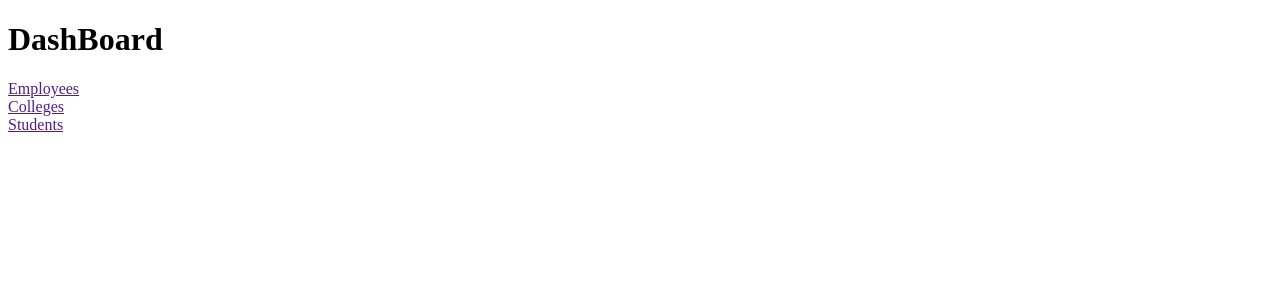
Repository: biswajit-pradhan/springboot
Page: http://localhost/MySpringApp/
These files come from the project's save history. The page is drawn as it stood at one moment and after the next save; the edit follows.
The browser window is 1280 px wide. The pictures show the whole page.
The page is served by Tomcat 9. Other server files are loaded and not shown.

Above is the page before, as saved 2023-01-11 11:15:12.

### MySpringApp/WebContent/WEB-INF/jsps/dashboard.jsp
<%@ page language="java" contentType="text/html; charset=ISO-8859-1"
    pageEncoding="ISO-8859-1"%>
<!DOCTYPE html>
<html>
<head>
<meta charset="ISO-8859-1">
<title>MyApp-DashBoard</title>
</head>
<body>
<h1>DashBoard</h1>
<div>
<a href="">Employees</a><br>
<a href="">Colleges</a><br>
<a href="">Students</a>
</div>
</body>
</html>

After the next save:
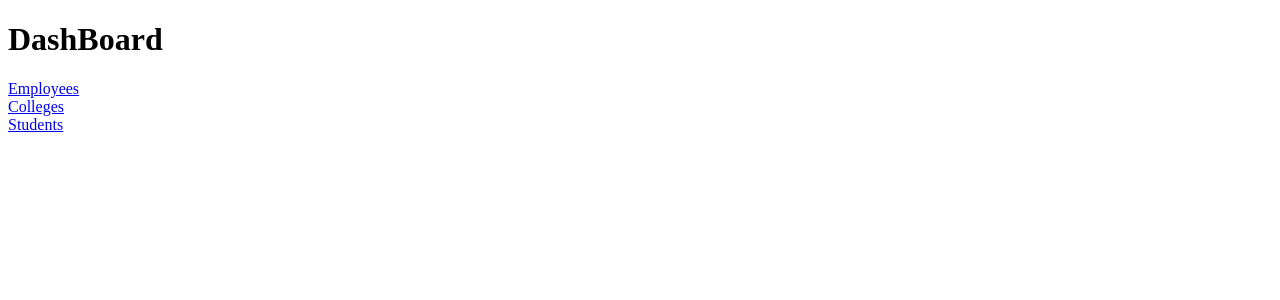
Saved 30 s later.
--- a/MySpringApp/WebContent/WEB-INF/jsps/dashboard.jsp
+++ b/MySpringApp/WebContent/WEB-INF/jsps/dashboard.jsp
@@ -9,9 +9,9 @@
 <body>
 <h1>DashBoard</h1>
 <div>
-<a href="">Employees</a><br>
-<a href="">Colleges</a><br>
-<a href="">Students</a>
+<a href="/employees">Employees</a><br>
+<a href="/colleges">Colleges</a><br>
+<a href="students">Students</a>
 </div>
 </body>
 </html>
